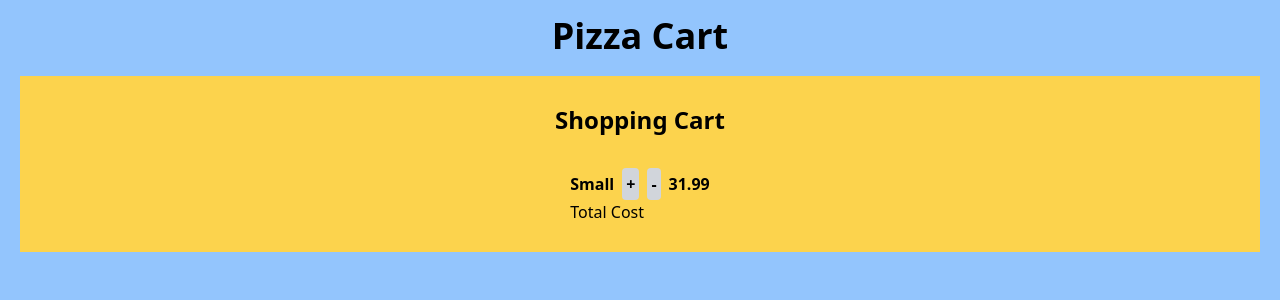
Repository: lasity34/pizza_cart
Page: index.html
An editor plug-in stored every save of this project. The page is shown before and after the next save, followed by the edit.
The browser window is 1280 px wide. The pictures show the whole page.
Some web libraries are served in a nearby version.

Above is the page before, as saved 2023-07-11 08:40:51.

### index.html
<!DOCTYPE html>
<html lang="en">
<head>
    <meta charset="UTF-8">
    <meta name="viewport" content="width=device-width, initial-scale=1.0">
    <title>Pizza Cart</title>
        <script src="//unpkg.com/alpinejs" defer></script>
     <link href="https://cdn.jsdelivr.net/npm/tailwindcss@2.1.2/dist/tailwind.min.css" rel="stylesheet">
</head>
<body class="bg-blue-300">
    <section class="flex justify-center items-center">
        <h1 class="text-4xl pt-4 font-bold">Pizza Cart</h1>
    </section>
    <section class="bg-yellow-300 m-5 p-7 flex justify-center items-center flex-col">
        <h2 class="text-2xl  mb-2 font-bold">Shopping Cart</h2>
        <div class="mt-6">
            <div class="flex items-center">
                <p class="font-bold mr-2">Small</p>
                <button class="bg-gray-300 hover:bg-gray-400 rounded p-1 mr-2 font-bold">+</button>
                <button class="bg-gray-300 hover:bg-gray-400 rounded p-1 font-bold">-</button>
                <p class="font-bold ml-2">31.99</p>
            </div>
            <p>Total Cost</p>
        </div>
    </section>
</body>
</html>

After the next save:
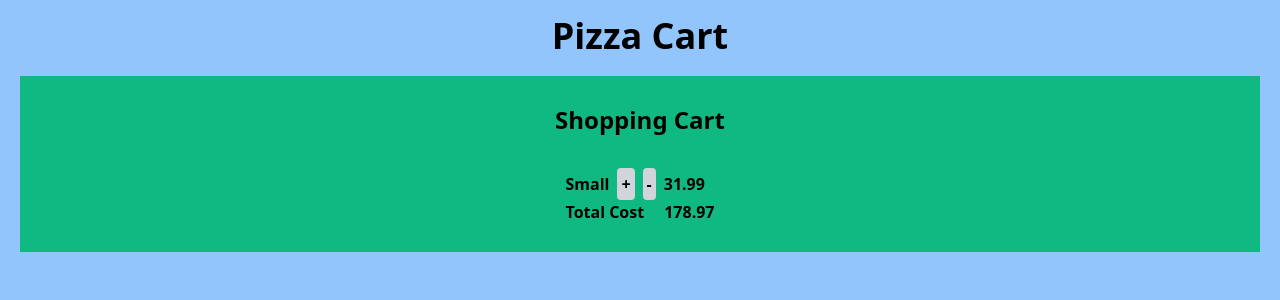
Saved 2 min 23 s later.
--- a/index.html
+++ b/index.html
@@ -1,27 +1,41 @@
 <!DOCTYPE html>
 <html lang="en">
-<head>
-    <meta charset="UTF-8">
-    <meta name="viewport" content="width=device-width, initial-scale=1.0">
+  <head>
+    <meta charset="UTF-8" />
+    <meta name="viewport" content="width=device-width, initial-scale=1.0" />
     <title>Pizza Cart</title>
-        <script src="//unpkg.com/alpinejs" defer></script>
-     <link href="https://cdn.jsdelivr.net/npm/tailwindcss@2.1.2/dist/tailwind.min.css" rel="stylesheet">
-</head>
-<body class="bg-blue-300">
+    <script src="//unpkg.com/alpinejs" defer></script>
+    <link
+      href="https://cdn.jsdelivr.net/npm/tailwindcss@2.1.2/dist/tailwind.min.css"
+      rel="stylesheet"
+    />
+  </head>
+  <body class="bg-blue-300">
     <section class="flex justify-center items-center">
-        <h1 class="text-4xl pt-4 font-bold">Pizza Cart</h1>
+      <h1 class="text-4xl pt-4 font-bold">Pizza Cart</h1>
     </section>
-    <section class="bg-yellow-300 m-5 p-7 flex justify-center items-center flex-col">
-        <h2 class="text-2xl  mb-2 font-bold">Shopping Cart</h2>
-        <div class="mt-6">
-            <div class="flex items-center">
-                <p class="font-bold mr-2">Small</p>
-                <button class="bg-gray-300 hover:bg-gray-400 rounded p-1 mr-2 font-bold">+</button>
-                <button class="bg-gray-300 hover:bg-gray-400 rounded p-1 font-bold">-</button>
-                <p class="font-bold ml-2">31.99</p>
-            </div>
-            <p>Total Cost</p>
+    <section
+      class="bg-green-500 m-5 p-7 flex justify-center items-center flex-col"
+    >
+      <h2 class="text-2xl mb-2 font-bold">Shopping Cart</h2>
+      <div class="mt-6">
+        <div class="flex items-center">
+          <p class="font-bold mr-2">Small</p>
+          <button
+            class="bg-gray-300 hover:bg-gray-400 rounded p-1 mr-2 font-bold"
+          >
+            +
+          </button>
+          <button class="bg-gray-300 hover:bg-gray-400 rounded p-1 font-bold">
+            -
+          </button>
+          <p class="font-bold ml-2">31.99</p>
         </div>
+        <div class="flex">
+          <p class="font-bold">Total Cost</p>
+          <p class="ml-5 font-bold">178.97</p>
+        </div>
+      </div>
     </section>
-</body>
+  </body>
 </html>
